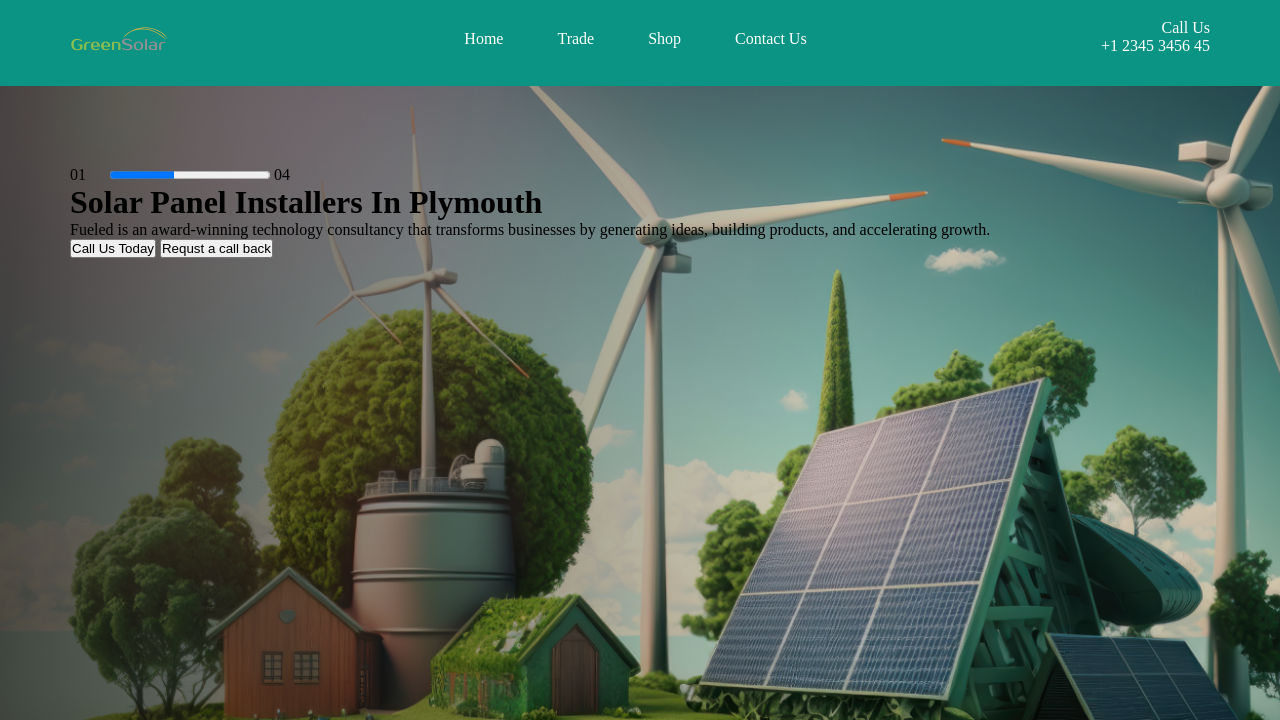
Repository: zeinawady/Solar-Company-Template
Page: index.html
The author's editor kept a copy of each file at every save. The page is drawn from the files as they stood at one save, then again after the next save.
The browser window is 1280 px wide. The pictures show the whole page.

Above is the page before, as saved 2024-09-17 17:02:32.

### index.html
<!DOCTYPE html>
<html lang="en">

<head>
    <meta charset="UTF-8">
    <meta name="viewport" content="width=device-width, initial-scale=1.0">
    <title>Solar Company</title>
    <link rel="stylesheet" href="css/style.css">
    <link rel="stylesheet" href="css/all.min.css">
</head>

<body>
    <!-- start header -->
    <header>
        <div class="container">
            <img src="images/Logo.png" width="100" alt="logo" class="logo">
            <nav>
                <ul class="nav-links">
                    <li><a href="#">Home</a></li>
                    <li><a href="#">Trade</a></li>
                    <li><a href="#">Shop</a></li>
                    <li><a href="#">Contact Us</a></li>
                </ul>
            </nav>
            <div class="nav-info">
                <div>Call Us</div>
                <div>+1 2345 3456 45</div>

            </div>
            <div class="burger">
                <i class="fas fa-bars"></i>
                <ul class="navHover">
                    <li><a href="#">Home</a></li>
                    <li><a href="#">Trade</a></li>
                    <li><a href="#">Shop</a></li>
                    <li><a href="#">Contact Us</a></li>
                </ul>

            </div>
        </div>
    </header>

    <!-- end header -->

    <!-- start landing -->
    <div class="landing">
        <div class="container">
            <div class="progress-container">
                <span>01</span>
                <progress value="40" max="100"></progress>
                <span>04</span>
            </div>
            <h1 class="main-text">Solar Panel Installers In Plymouth</h1>
  <div class="sub-text">
    Fueled is an award-winning technology consultancy that transforms businesses by generating ideas, building products, and accelerating growth.
  </div>

  <div class="btn-container">
  <button class="btn">Call Us Today</button>
  <button class="btn yellow-bt">Requst a call back</button>
</div>
        </div>
    </div>
    <!-- end landing -->

</body>

</html>

### css/style.css
*{
    margin: 0;
    padding: 0;
    box-sizing: border-box;
}
html{
    scroll-behavior: smooth;
}
.container{
    padding-left: 15px;
    padding-right: 15px;
    margin: 0 auto;
    max-width: 1170px; /* Set a maximum width */
    width: 100%;
}
ul{
    list-style: none;
}
a{
    text-decoration: none;
}
:root{
    --main-color: hsla(173, 86%, 31%, 1);
    --secondary-color:hsla(42, 100%, 55%, 1);
    --font-color: hsla(221, 43%, 11%, 1);

}
@media (min-width:768px) {
    .container {
        width: 750px;
    }

}

@media (min-width:992px) {
    .container {
        width: 970px;
    }
}

@media (min-width:1200px) {
    .container {
        width: 1170px;
    }
}

/* start header */
header{
    background-color: var(--main-color);
height: 86px;
}
header .container{
    display: flex;
    justify-content: space-between;
    align-items: center;

}
.nav-links li{
    display: inline-block;
    padding: 30px 25px;

}
.nav-links li a{
    color: hsla(0, 0%, 100%, 1);
    transition: all 0.3s ease 0s;
}
.nav-info{
    color: hsla(0, 0%, 100%, 1);
padding-bottom: 5px;
display: flex;
flex-direction: column;
align-items: flex-end;
}
.burger{
    display: none;
    color: hsla(0, 0%, 100%, 1) ;
    font-size: 30px;
    cursor: pointer;
    position: relative;
}

@media (max-width:768px){
    .burger{
        display: block;
        padding-top: 24px;
        position: relative;
        z-index: 10;
    }
    .navHover , .nav-links {
        display: none;
    }
    .nav-info{
        display: none;
    }
    .burger:hover .navHover{
        display: block;
        position: absolute;
        top: 86px;
        right: 15px;
        background-color:rgb(255, 250, 244);
        z-index: 99;
        border-radius: 15px;
        padding: 20px;
        box-shadow: 0 4px 8px rgba(0, 0, 0, 0.1);
    }
}

/* end header */

/* start landing */

.landing{
    background-image: url(../images/solar-panels-meadow\ 1.png);
    background-size: cover;
    height: calc(100vh - 86px);
}
.landing .container{
    padding-top: 80px;
}
.progress-container span:first-child{
padding-right:20px
}
/* end landing */

Loaded but not shown: css/all.min.css (library)

After the next save:
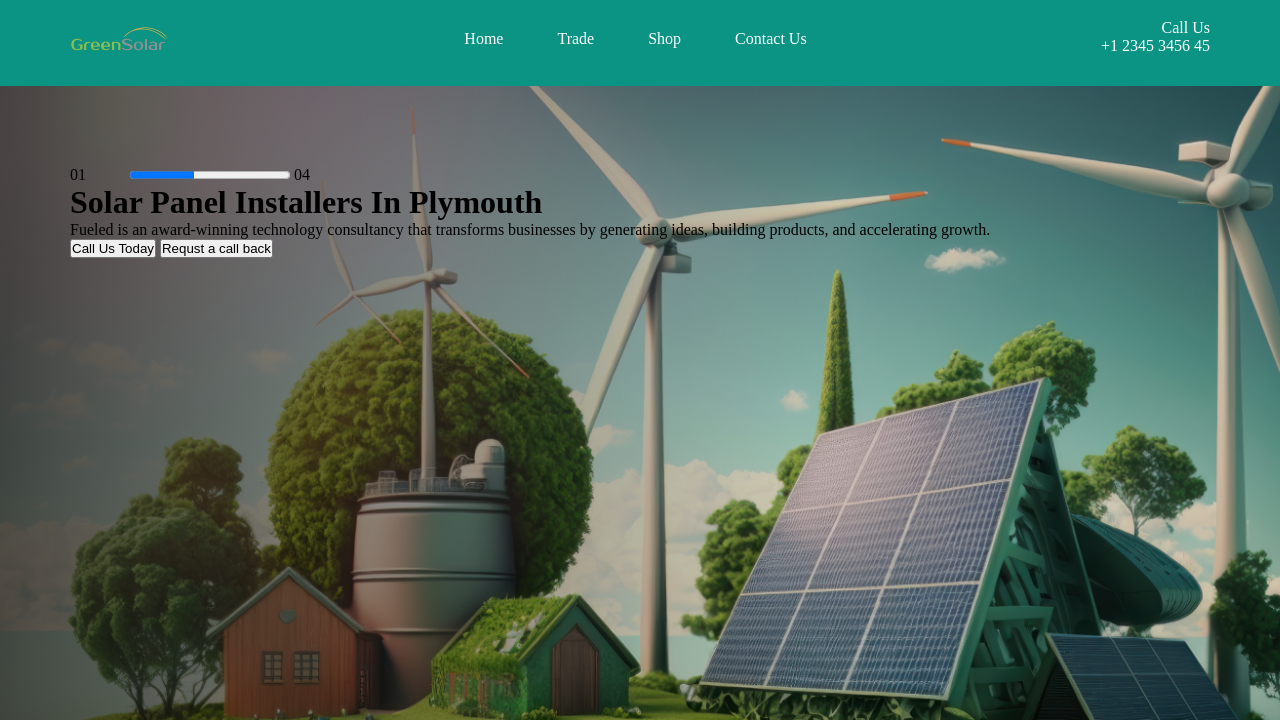
Saved 17 s later.
--- a/css/style.css
+++ b/css/style.css
@@ -118,6 +118,6 @@ align-items: flex-end;
     padding-top: 80px;
 }
 .progress-container span:first-child{
-padding-right:20px
+padding-right:40px
 }
 /* end landing */
